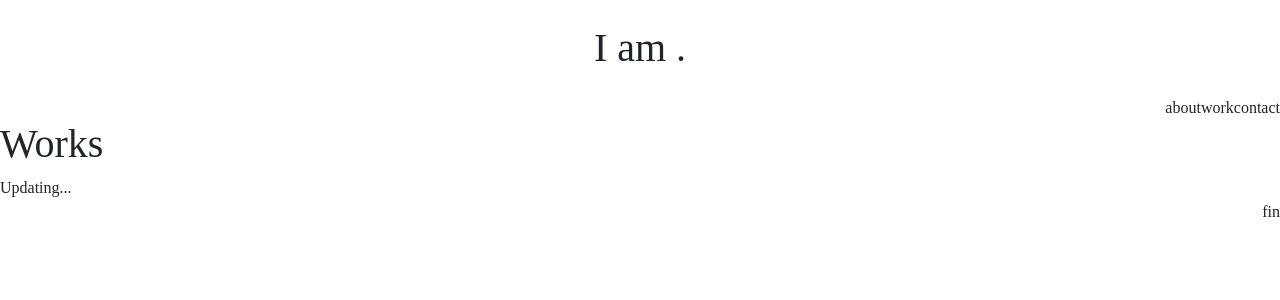
Repository: 7oooomi/portfolio-vercel-
Page: /work (app in sample-app/)
The author's editor kept a copy of each file at every save. The page is drawn from the files as they stood at one save, then again after the next save.
The browser window is 1280 px wide. The pictures show the whole page.
The project was rebuilt for these pictures with package versions that can differ from the ones it lists, and the page was loaded fresh each time. The framework's server and built-in components were replaced by stand-ins that run in the browser. Also part of the build but not shown: sample-app/next.config.js.

Above is the page before, as saved 2022-08-07 18:15:27.

### sample-app/pages/_app.js

import 'bootstrap/dist/css/bootstrap.min.css';
import '../styles/globals.css';
import Layout from './Layout';

function MyApp({ Component, pageProps }) {
  return (
    <Layout>
      <Component {...pageProps} />
    </Layout>
  );
}

export default MyApp

### sample-app/pages/work/index.js
import styles from '../../styles/Home.module.css'

export default function index () {
    return (
        <div>
            <h1>Works</h1>
            <div >Updating...</div>
        </div>
    )
}

### sample-app/styles/globals.css
html,
body {
  padding: 0;
  margin: 0;
  font-family: HiraMinProN-W3;
}

a {
  color: inherit;
  text-decoration: none;
}

### sample-app/pages/Layout.js
import Home from './components/Header';
import Footer from './components/Footer';


export default function Layout ({ children }) {
    return (
        <>
          <Home />
            <main>{children}</main>
          <Footer />
        </>
    );
}

### sample-app/pages/components/Header.js
import Head from 'next/head'
import Image from 'next/image'
import Nav from 'react-bootstrap/Nav';
import Link from 'next/link';

export default function Home() {
  return (
    <div>
      <Head>
        <title>I am.</title>
        <meta name="description" content="Generated by create next app" />
        <link rel="icon" href="/favicon.ico" />
      </Head>

      <main>
        <h1 className="text-center mt-4 mb-4">
          <Link href='/'>I am .</Link>
        </h1>
        <Nav className="justify-content-end">
          <Nav.Item>
            <Link href='/about'>
              <a>about</a>
            </Link>
          </Nav.Item>
          <Nav.Item>
            <Link href='/work'>
              <a>work</a>
            </Link>
          </Nav.Item>
          <Nav.Item>
            <Link href='/contact'>
              <a>contact</a>
            </Link>
          </Nav.Item>
        </Nav>
      </main>
    </div>
  )
}

### sample-app/pages/components/Footer.js
export default function Footer() {
    return (
        <div style={{textAlign: 'right'}}>fin</div>
    )
}

### sample-app/styles/Home.module.css
.container {
  padding: 0 2rem;
}

.main {
  min-height: 100vh;
  padding: 4rem 0;
  flex: 1;
  display: flex;
  flex-direction: column;
  justify-content: center;
  align-items: center;
}

.footer {
  display: flex;
  padding: 20px;
  flex-wrap: wrap;
  border-top: 1px solid white;
  justify-content: center;
}

.footer a {
  display: flex;
  justify-content: center;
  align-items: center;
  flex-grow: 1;
}

.title a {
  color: #0070f3;
  text-decoration: none;
}

.title a:hover,
.title a:focus,
.title a:active {
  text-decoration: underline;
}

.title {
  margin: 0;
  line-height: 1.15;
  font-size: 4rem;
}

.title,
.description {
  text-align: center;
}

.description {
  margin: 4rem 0;
  line-height: 1.5;
  font-size: 1.5rem;
}

.code {
  background: #fafafa;
  border-radius: 5px;
  padding: 0.75rem;
  font-size: 1.1rem;
  font-family: Menlo, Monaco, Lucida Console, Liberation Mono, DejaVu Sans Mono,
    Bitstream Vera Sans Mono, Courier New, monospace;
}

.grid {
  display: flex;
  align-items: center;
  justify-content: center;
  flex-wrap: wrap;
  max-width: 800px;
}

.card {
  margin: 1rem;
  padding: 1.5rem;
  text-align: left;
  color: inherit;
  text-decoration: none;
  border: 1px solid #eaeaea;
  border-radius: 10px;
  transition: color 0.15s ease, border-color 0.15s ease;
  max-width: 300px;
}

.card:hover,
.card:focus,
.card:active {
  color: #0070f3;
  border-color: #0070f3;
}

.card h2 {
  margin: 0 0 1rem 0;
  font-size: 1.5rem;
}

.card p {
  margin: 0;
  font-size: 1.25rem;
  line-height: 1.5;
}

.logo {
  height: 1em;
  margin-left: 0.5rem;
}

@media (max-width: 600px) {
  .grid {
    width: 100%;
    flex-direction: column;
  }
}

@media (prefers-color-scheme: dark) {
  .card,
  .footer {
    border-color: #222;
  }
  .code {
    background: #111;
  }
  .logo img {
    filter: invert(1);
  }
}

After the next save:
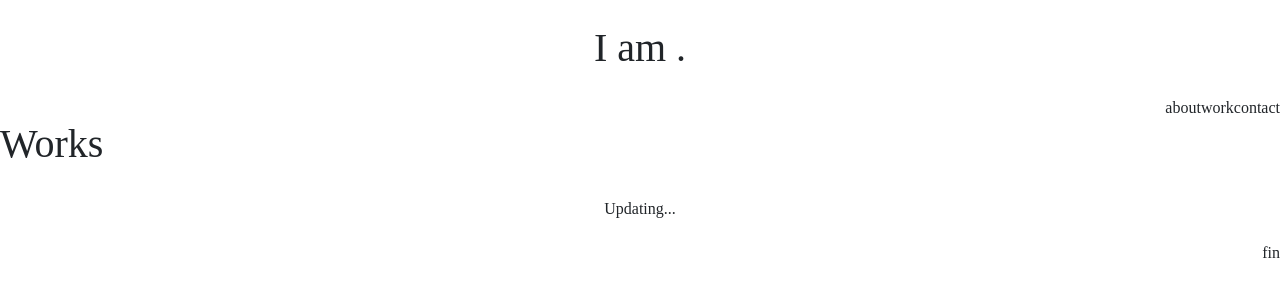
Saved 8 s later.
--- a/sample-app/pages/work/index.js
+++ b/sample-app/pages/work/index.js
@@ -4,7 +4,7 @@ export default function index () {
     return (
         <div>
             <h1>Works</h1>
-            <div >Updating...</div>
+            <div className={styles.footer}>Updating...</div>
         </div>
     )
 }
